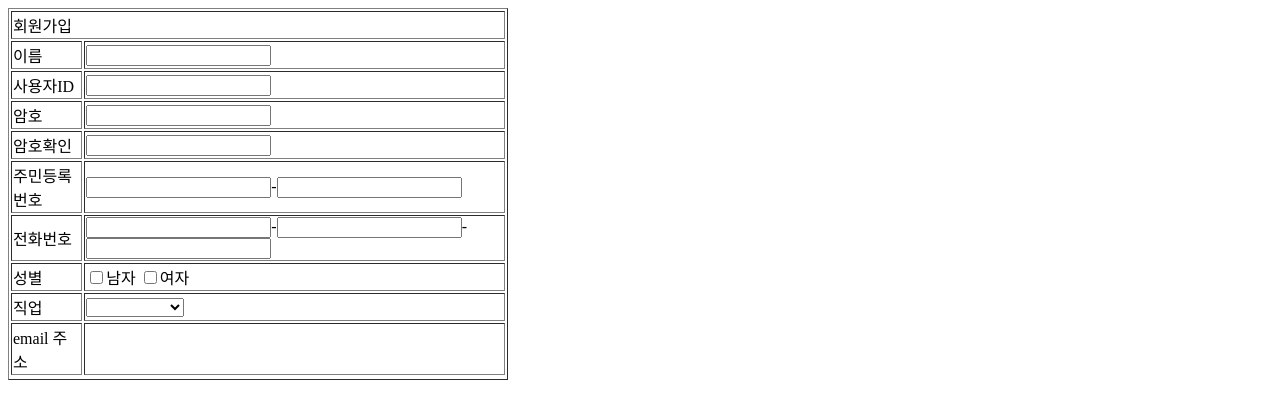
Repository: insunkang/JSP
Page: clientweb/WebContent/html/customer.html
These files come from the project's save history. The page is drawn as it stood at one moment and after the next save; the edit follows.
The browser window is 1280 px wide. The pictures show the whole page.

Above is the page before, as saved 2020-01-02 07:46:20.

After the next save:
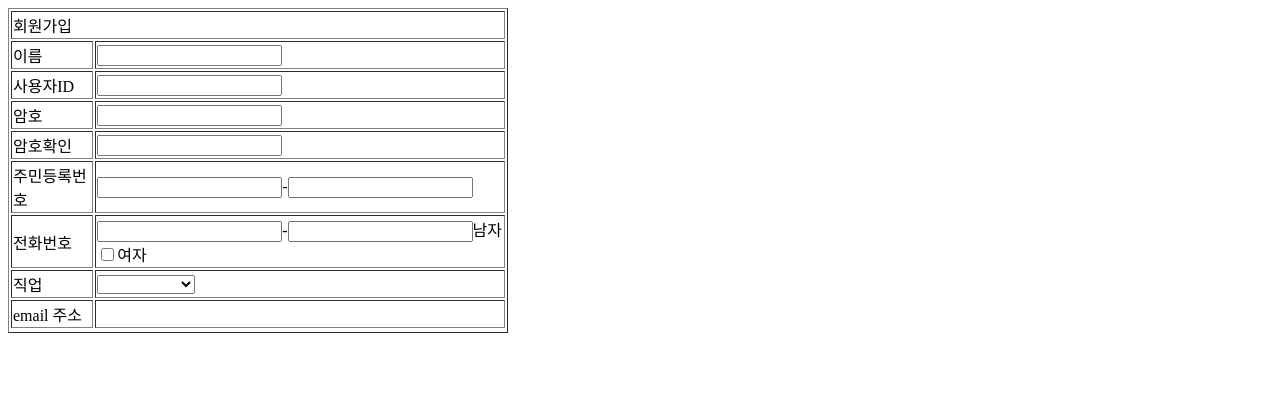
Saved 29 s later.
--- a/clientweb/WebContent/html/customer.html
+++ b/clientweb/WebContent/html/customer.html
@@ -36,8 +36,8 @@
 
 		<tr>
 			<td>전화번호</td>
-			<td><input type="number" name="1ph">-<input type="number" name="2ph">-
-			<input type="number" name="3ph"></td>
+			<td><input type="number" name="1ph" size="50">-<input type="number" name="2ph" size="50>-
+			<input type="number" name="3ph" size="50></td>
 		</tr>
 
 		<tr>

After the save that followed:
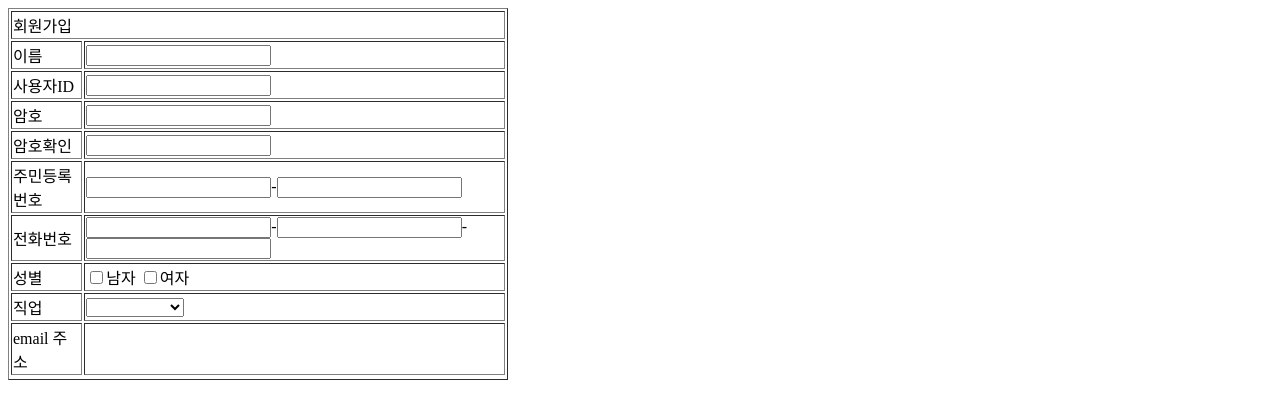
Saved 6 s later.
--- a/clientweb/WebContent/html/customer.html
+++ b/clientweb/WebContent/html/customer.html
@@ -36,8 +36,8 @@
 
 		<tr>
 			<td>전화번호</td>
-			<td><input type="number" name="1ph" size="50">-<input type="number" name="2ph" size="50>-
-			<input type="number" name="3ph" size="50></td>
+			<td><input type="number" name="1ph" size="50">-<input type="number" name="2ph" size="50">-
+			<input type="number" name="3ph" size="50"></td>
 		</tr>
 
 		<tr>
